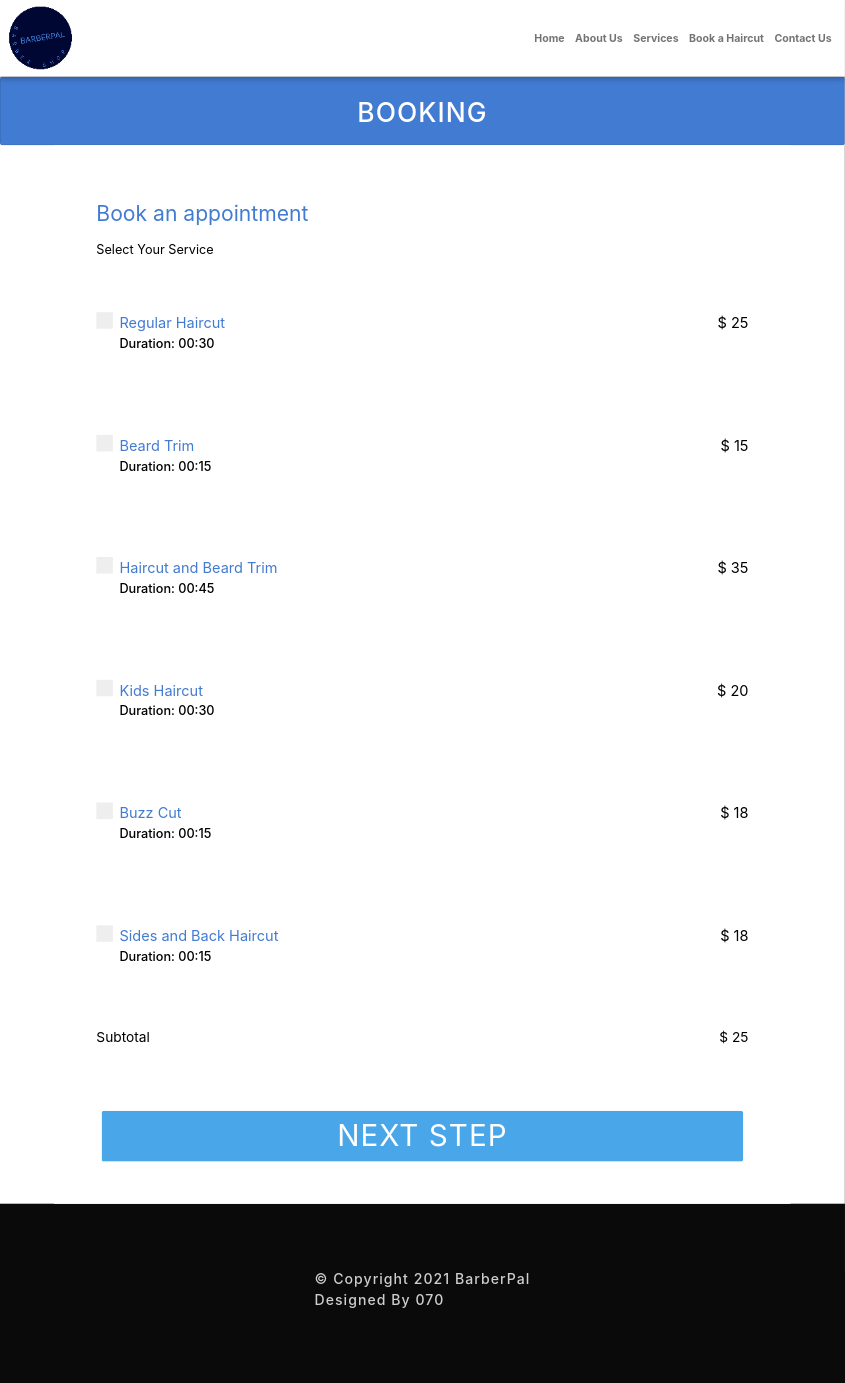
Repository: ofovweewere/haircutPal
Page: /services
These files come from the project's save history. The page is drawn as it stood at one moment and after the next save; the edit follows.
The browser window is 1280 px wide. The pictures show the whole page, at 66% of full size.
The project was rebuilt for these pictures with package versions that can differ from the ones it lists, and the page was loaded fresh each time. Also part of the build but not shown: src/tutorial/0-Practice/bookCut.js, src/tutorial/0-Practice/about.js, src/tutorial/0-Practice/servicesAndProducts.js, src/tutorial/0-Practice/contact.js, src/tutorial/0-Practice/landing.js, src/tutorial/0-Practice/error.js.

Above is the page before, as saved 2022-06-24 13:23:24.

### public/index.html
<!DOCTYPE html>
<html lang="en">
  <head>
    <meta charset="utf-8" />
    <link rel="icon" href="%PUBLIC_URL%/favicon.ico" />
    <meta name="viewport" content="width=device-width, initial-scale=1" />
    <meta name="theme-color" content="#000000" />
    <meta
      name="description"
      content="Web site created using create-react-app"
    />
    <link rel="apple-touch-icon" href="%PUBLIC_URL%/logo192.png" />
    <!--
      manifest.json provides metadata used when your web app is installed on a
      user's mobile device or desktop. See https://developers.google.com/web/fundamentals/web-app-manifest/
    -->
    <link rel="manifest" href="%PUBLIC_URL%/manifest.json" />
    <!--
      Notice the use of %PUBLIC_URL% in the tags above.
      It will be replaced with the URL of the `public` folder during the build.
      Only files inside the `public` folder can be referenced from the HTML.

      Unlike "/favicon.ico" or "favicon.ico", "%PUBLIC_URL%/favicon.ico" will
      work correctly both with client-side routing and a non-root public URL.
      Learn how to configure a non-root public URL by running `npm run build`.
    -->
    <title>React App</title>
  </head>
  <body class="Site">
    <noscript>You need to enable JavaScript to run this app.</noscript>
    <div id="root"></div>
    <!--
      This HTML file is a template.
      If you open it directly in the browser, you will see an empty page.

      You can add webfonts, meta tags, or analytics to this file.
      The build step will place the bundled scripts into the <body> tag.

      To begin the development, run `npm start` or `yarn start`.
      To create a production bundle, use `npm run build` or `yarn build`.
    -->
  </body>
</html>

### src/index.js
import React from 'react';
import ReactDOM from 'react-dom';

import App from './App';
// import '../node_modules/jquery/dist/jquery.min.js';
import '../node_modules/bootstrap/dist/css/bootstrap.min.css';
import '../node_modules/bootstrap/dist/js/bootstrap.min.js';
import '../node_modules/font-awesome/css/font-awesome.min.css';

import './index.css';
ReactDOM.render(
  <React.StrictMode>
    <App />
  </React.StrictMode>,
  document.getElementById('root')
);

### src/App.js
import React from 'react';
import Setup from './tutorial/0-Practice/index.js';
// import Setup from './tutorial/2-useEffect/final/3-useEffect-fetch-data.js';
function App() {
  return (
    <div >
      <Setup />
    </div>
  );
  }

export default App;

### src/index.css
/*
===============
Variables
===============
*/

:root {
  /* dark shades of primary color*/
  --clr-primary-1: hsl(205, 86%, 17%);
  --clr-primary-2: hsl(205, 77%, 27%);
  --clr-primary-3: hsl(205, 72%, 37%);
  --clr-primary-4: hsl(205, 63%, 48%);
  /* primary/main color */
  --clr-primary-5: hsl(205, 78%, 60%);
  /* lighter shades of primary color */
  --clr-primary-6: hsl(205, 89%, 70%);
  --clr-primary-7: hsl(205, 90%, 76%);
  --clr-primary-8: hsl(205, 86%, 81%);
  --clr-primary-9: hsl(205, 90%, 88%);
  --clr-primary-10: hsl(205, 100%, 96%);
  /* darkest grey - used for headings */
  --clr-grey-1: hsl(209, 61%, 16%);
  --clr-grey-2: hsl(211, 39%, 23%);
  --clr-grey-3: hsl(209, 34%, 30%);
  --clr-grey-4: hsl(209, 28%, 39%);
  /* grey used for paragraphs */
  --clr-grey-5: hsl(210, 22%, 49%);
  --clr-grey-6: hsl(209, 23%, 60%);
  --clr-grey-7: hsl(211, 27%, 70%);
  --clr-grey-8: hsl(210, 31%, 80%);
  --clr-grey-9: hsl(212, 33%, 89%);
  --clr-grey-10: hsl(210, 36%, 96%);
  --clr-white: #fff;
  --clr-red-dark: hsl(360, 67%, 44%);
  --clr-red-light: hsl(360, 71%, 66%);
  --clr-green-dark: hsl(125, 67%, 44%);
  --clr-green-light: hsl(125, 71%, 66%);
  --clr-black: #222;
  --transition: all 0.3s linear;
  --spacing: 0.1rem;
  --radius: 0.25rem;
  --light-shadow: 0 5px 15px rgba(0, 0, 0, 0.1);
  --dark-shadow: 0 5px 15px rgba(0, 0, 0, 0.4);
  --max-width: 1170px;
  --fixed-width: 450px;
  --clr-orange-1: hsl(12, 83%, 98%);
  --clr-orange-2: hsl(14, 91%, 95%);
  --clr-orange-3: hsl(12, 89%, 89%);
  --clr-orange-4: hsl(13, 87%, 82%);
  --clr-orange-5: hsl(13, 88%, 68%);
  --clr-orange-6: hsl(13, 88%, 55%);
  --clr-orange-7: hsl(13, 74%, 49%);
  --clr-orange-8: hsl(13, 74%, 33%);
  --clr-orange-9: hsl(13, 73%, 25%);
  --clr-orange-10: hsl(13, 73%, 16%);
}
/*
===============
Global Styles
===============
*/

*,
::after,
::before {
  margin: 0;
  padding: 0;
  box-sizing: border-box;
}
body {
  font-family: -apple-system, BlinkMacSystemFont, 'Segoe UI', Roboto, Oxygen,
    Ubuntu, Cantarell, 'Open Sans', 'Helvetica Neue', sans-serif;
  background: var(--clr-grey-10);
  color: var(--clr-grey-1);
  line-height: 1.5;
  font-size: 0.875rem;
}
.Site {
  display: flex;
  min-height: 100vh;
  flex-direction: column;
}
.Site-content {
  flex: 1;
}
.bold
{
  font-weight:bold;
}

.nav-link {
color:#427bd2 ;
font-weight: bold;
}
.breakSection
{
  color:#427bd2 ;
font-weight: normal;
width: 100%;
min-height:6.5rem;
background:#0a0a0a;
}


ul {
  list-style-type: none;
}
a {
  text-decoration: none;
}
h1,
h2,
h3,
h4,
.under,
.titleDescription {
  letter-spacing: var(--spacing);
  text-transform: capitalize;
  line-height: 1.25;
  margin-bottom: 0.75rem;
}
h1 {
  font-size: 3rem;
}
h2,.titleDescription {
  font-size: 2rem;
}

.under
{
  margin-top:2rem;
}
.under, .title, .contact {
  font-size: 1.5rem;
}

 .smallText {
    font-size: 1rem;
  }

  .smallTextTwo {
    font-size: 1.1rem;
  }

h3 {
  font-size: 1.25rem;
},
.h3 {
    font-size: 1.0rem;
  },
h4 {
  font-size: 0.875rem;
}
p {
  margin-bottom: 1.25rem;
  color: var(--clr-grey-5);
}



  /* @media screen and (max-width: 767px) {
    #navbarSupportedContent
        {
            position: fixed !important;
            right: 5rem;
            left: 5rem;
            top:7.3rem;
            background-color: #fff !important;
            border-color: #427bd2 transparent transparent transparent;
            border-style:solid;
        }



  }       */

/* The containers */
.containers {
  display: block;
  position: relative;
  padding-left: 2.188rem;
  margin-bottom: 0.75rem;
  cursor: pointer;
  font-size: 1.375rem;
  -webkit-user-select: none;
  -moz-user-select: none;
  -ms-user-select: none;
  user-select: none;
}

/* Hide the browser's default checkbox */
.containers input {
  position: absolute;
  opacity: 0;
  cursor: pointer;
  height: 0;
  width: 0;
}

/* Create a custom checkbox */
.checkmark {
  position: absolute;
  top: 0;
  left: 0;
  height: 1.563rem;
  width: 1.563rem;
  background-color: #eee;
}

/* On mouse-over, add a grey background color */
.containers:hover input ~ .checkmark {
   /* background-color: #ccc; */
}

/* When the checkbox is checked, add a blue background */
.containers input:checked ~ .checkmark {
   background-color: #2196F3;
}

/* Create the checkmark/indicator (hidden when not checked) */
.checkmark:after {
  content: "";
  position: absolute;
  display: none;
  box-sizing: content-box !important;
}

/* Show the checkmark when checked */
.containers input:checked ~ .checkmark:after {
  display: block;
  box-sizing: content-box !important;
}

/* Style the checkmark/indicator */
.containers .checkmark:after {
  left: 0.563rem;
  top:0.313rem;
  width:0.313rem;
  height: 0.625rem;
  border: solid white;
  border-width: 0 0.188rem 0.188rem 0;
  -webkit-transform: rotate(45deg);
  -ms-transform: rotate(45deg);
  transform: rotate(45deg);
  box-sizing: content-box !important;
}

.hovering div:hover
{
  background:#f3f8fc;
}
@media screen and (min-width: 800px) {
  .about{
    display:flex;
  }
  .haircuts, .haircutsCombo
{
  display:grid;
}
  h1 {
    font-size: 4rem;
  }
  h2,.titleDescription {
    font-size: 2.5rem;
  }

   .under,.title, .contact {
    font-size: 2rem;
  }

   .smallText {
    font-size: 1.2rem;
  }

   .smallTextTwo {
    font-size: 1.3rem;
  }

  h3 {
    font-size: 1.33rem;
  },
  .h3 {
    font-size: 1.0rem;
  },
  h4 {
    font-size: 1rem;
  }
  body {
    font-size: 1rem;
  }
  h1,
  h2,
  h3,
  h4,
  .under,.title, .titleDescription{
    line-height: 1;
  }
}
/*  global classes */

/* section */
.section,
/* .container {
  width: 90vw;
  margin: 0 auto;
  max-width: var(--max-width);
} */

@media screen and (min-width: 992px) {
  .about{
    display:flex;
  }
  .haircuts,.haircutsCombo
{
  display:grid;
}
  .section {
    width: 95vw;
  }
}

/* .container {
  text-align: center;
  margin-top: 0;
} */
.btn {
  display: inline-block;
  background: var(--clr-primary-5);
  color: var(--clr-white);
  padding: 0.25rem 0.75rem;
  border-radius: var(--radius);
  border-color: transparent;
  text-transform: capitalize;
  font-size: 1rem;
  letter-spacing: var(--spacing);
  margin-top: 2rem;
  margin-left: 0.5rem;
  margin-right: 0.5rem;
  cursor: pointer;
  transition: var(--transition);
}
.btn:hover {
  background: var(--clr-primary-1);
  color: var(--clr-primary-5);
}
.item {
  background: var(--clr-white);
  display: flex;
  justify-content: space-between;
  max-width: var(--fixed-width);
  margin: 2rem auto;
  align-items: center;
  border-radius: var(--radius);
}
.item button,
.item a {
  background: transparent;
  border-color: transparent;
  color: var(--clr-primary-5);
  letter-spacing: var(--spacing);
  cursor: pointer;
}
.item {
  padding: 1rem 2rem;
}
.item h4 {
  margin-bottom: 0;
}
.item p {
  margin-bottom: 0;
}
.modal {
  position: absolute;
  top: 2rem;
  left: 50%;
  transform: translateX(-50%);
  background: var(--clr-white);
  display: inline-block;
  padding: 0.25rem 1rem;
  border-radius: var(--radius);
  text-transform: capitalize;
}

.modal p {
  margin-bottom: 0;
  color: var(--clr-red-dark);
}
.form {
  background: var(--clr-white);
  max-width: var(--fixed-width);
  margin: 0 auto;
  margin-bottom: 4rem;
  padding: 1rem 2rem;
  border-radius: var(--radius);
}
.form input {
  background: var(--clr-grey-10);
  border-color: transparent;
  border-radius: var(--radius);
  padding: 0.25rem 0.5rem;
}
.form-control {
  margin: 0.5rem 0;
  display: grid;
  grid-template-columns: 100px 1fr;
  align-items: center;
}
.form button {
  display: inline-block;
  background: var(--clr-black);
  color: var(--clr-white);
  border-color: transparent;
  margin-top: 1rem;
  letter-spacing: var(--spacing);
  padding: 0.15rem 0.25rem;
  text-transform: capitalize;
  border-radius: var(--radius);
  cursor: pointer;
}
.nav-links {
  max-width: var(--fixed-width);
  margin: 0 auto;
  margin-bottom: 4rem;
  display: grid;
  grid-template-columns: repeat(3, 1fr);
}




.haircutsCombo {



  grid-template-columns: repeat(2, minmax(0, 1fr));
   gap: 2rem;
  margin: 1rem 1rem 1rem 2rem;
}

.haircutsCombo > p {
  border: 5px solid #427bd2;
  overflow-wrap: break-word;
}

.haircuts {



  grid-template-columns: repeat(3, minmax(0, 1fr));
   gap: 2rem;
  margin: 1rem 1rem 1rem 2rem;
}

.haircuts > p {
  border: 5px solid #427bd2;
  overflow-wrap: break-word;
}

.title
{
  font-weight: normal;
  color: #fff;
  background:#427bd2;
  padding: 1rem;
  text-align: center;
}

.contact > div
{
  font-weight: normal;


  padding: 2rem;

}


td
{
  vertical-align:top;

}
.table
{
  color: white;
}
table {
  border-collapse: separate;
  border-spacing: 1rem 1rem ;
}
.titleDescription
{
  display: flex;
  align-items: center;
  justify-content: center;
  color:#333;
  padding:2rem;
font-weight: bold;


}

.nav-links a {
  color: var(--clr-grey-5);
}
.users {
  display: grid;
  grid-template-columns: repeat(auto-fit, minmax(300px, 1fr));
  gap: 2rem;
  margin: 3rem auto;
}
.users li {
  width: 100%;
  display: flex;
  align-items: center;
  background: var(--clr-white);
  padding: 1rem 2rem;
  border-radius: var(--radius);
  text-align: left;
}
.users img {
  width: 50px;
  height: 50px;
  border-radius: 50%;
  margin-right: 1rem;
}
.users h4 {
  margin-bottom: 0.15rem;
}
.users a {
  color: var(--clr-grey-5);
  text-transform: capitalize;
}

.products {
  margin: 4rem 0;
  display: grid;
  gap: 2rem;
}
@media screen and (min-width: 576px) {
  .products {
    grid-template-columns: repeat(auto-fit, minmax(300px, 1fr));
  }
}
.product {
  background: var(--clr-white);
  border-radius: var(--radius);
}
.product img {
  border-top-left-radius: var(--radius);
  border-top-right-radius: var(--radius);

  width: 100%;
  height: 15rem;
  object-fit: cover;
}
.product h4 {
  margin-top: 1rem;
}

.product button {
  margin-bottom: 1rem;
  background: var(--clr-primary-5);
  border-radius: var(--radius);
  border-color: transparent;
  color: var(--clr-white);
  padding: 0.25rem 0.5rem;
  text-transform: capitalize;
  cursor: pointer;
}

### src/tutorial/0-Practice/index.js
import React, { useState, useEffect } from 'react';

import Header from './header.js';
import Footer from './footer.js';
import Landing from './landing.js';
import Booking from './booking.js';
import Error from './error.js';
// react router
import { BrowserRouter as Router, Route, Switch } from 'react-router-dom';
const UseEffectFetchData = () => {

  return (
    <body className="Site" style={{backgroundColor:'black'}}>

      <Router>
      <Header />
       <main class="Site-content" >
      <Switch>
        <Route exact path='/'>
          <Landing/>
        </Route>
        <Route exact path='/landing'>
          <Landing/>
        </Route>
        <Route path='/services'>
         <Booking/>
        </Route>

        <Route path='*'>
          <Error />
        </Route>
      </Switch>
       </main>
       <Footer />
    </Router>




    </body>
  );
};

export default UseEffectFetchData;

### src/tutorial/0-Practice/footer.js
import React, { useState, useEffect } from 'react';
import companyLogo from '../../assets/logo.png';

const Footer = () => {

  return (
    <>
      <nav  style={{ backgroundColor: '#0a0a0a', display: 'flex',minHeight: '17rem',justifyContent: 'center', alignItems:'end' }}>
        <div class="container-fluid" style={{ color: '#cecece', alignSelf:'center', width:'auto'  }}>
          <h3 >&copy; Copyright 2021 BarberPal </h3>

          <div>
            <h3  > Designed by 070</h3>
          </div>
        </div>
      </nav>
    </>
  );
};

export default Footer;

### src/tutorial/0-Practice/booking.js
import React from 'react';
import BreakSection from './breakSection.js';
import DummyHeader from './dummyHeader.js';
import Heading from './heading.js';
import CheckboxOption from './checkboxOption.js';
import Footing from './footing.js';
import BlueButton from './blueButton.js';
const Booking = () => {


  return (
    <div style={{ background: '#fff' }}>
      <BreakSection title="BOOKING" ID="booking" background="#427bd2" color="#fff" />
      <div class="container">
        <div>
         <Heading title='Book an appointment' description='Select Your Service'/>
         <CheckboxOption title='Regular Haircut' description='00:30' cost='25'/>
         <CheckboxOption title='Beard Trim' description='00:15' cost='15'/>
         <CheckboxOption title='Haircut and Beard Trim' description='00:45' cost='35'/>
         <CheckboxOption title='Kids Haircut' description='00:30' cost='20'/>
         <CheckboxOption title='Buzz Cut' description='00:15' cost='18'/>
         <CheckboxOption title='Sides and Back Haircut' description='00:15' cost='18'/>
         <Footing title='Subtotal' description='25'/>
        </div>

        <div>
          <BlueButton title='NEXT STEP'/>
        </div>
      </div>
    </div>
  );
};

export default Booking;

### src/tutorial/0-Practice/breakSection.js
import React, { useState, useEffect } from 'react';

const BreakSection = ({ title, ID, background, color }) => {
  const [elementClass, setClass] = useState(
    window.innerWidth < 992
      ? '0px'
      : '100px'
  );
  const checkSize = () => {
    if (window.innerWidth < 992) {
      setClass('0px');
    } else {
      setClass('100px');
    }
  };
  useEffect(() => {

    window.addEventListener('resize', checkSize);
    return () => {
      window.removeEventListener('resize', checkSize);
    };
  }, []);
  return (
    <>
      <div className="card breakSection" id={ID} style={{ scrollMarginTop: elementClass, background:background, color:color }}>
        <div
          class="card-body"
          style={{ display: 'flex', alignItems: 'end', justifyContent: 'center' }}
        >
          <h2>{title}</h2>
        </div>
      </div>
    </>
  );
};

export default BreakSection;

### src/tutorial/0-Practice/heading.js
import React from 'react';

const Heading = ({title, description}) => {


  return (
    <>
      <div
          className="card"
          style={{
            color: 'var(--clr-white)',
            width: '100%',
            minHeight: '10rem',
            background: 'var(--clr-primary-5)',
            border: 'transparent'
          }}
        >
          <div
            class="card-body contact "
            style={{
              display: 'flex',
              alignItems: 'left',
              justifyContent: 'left',
              flexGrow: '1',
              flexDirection: 'column',
              background:'#fff',
              paddingBottom:'0'
            }}
          >
            <div className="whiteParagraph" style={{paddingBottom:'0'}}>
              <table className="whiteParagraphTab">
                <thead>
                  <tr>
                    <th></th>

                  </tr>
                </thead>
                <tbody>
                  <tr style={{color:'#427bd2',fontWeight:'normal'}}>

                    <td>{title}</td>
                  </tr>

                  <tr class='smallText'style={{color:'black', fontWeight:'normal'}}>

                    <td>
                     {description}
                    </td>
                  </tr>



                </tbody>
              </table>
            </div>
          </div>
        </div>
    </>
  );
};

export default Heading;

### src/tutorial/0-Practice/footing.js
import React from 'react';

const Footing = ({title, description}) => {


  return (
    <>
      <div
        className="card"
        style={{
          color: 'var(--clr-white)',
          width: '100%',

          background: 'var(--clr-primary-5)',
          border: 'transparent',
        }}
      >
        <div
          class="card-body contact "
          style={{
            display: 'flex',
            alignItems: 'left',
            justifyContent: 'left',
            flexGrow: '1',
            flexDirection: 'column',
            background: '#fff',
            paddingTop: '0',
          }}
        >
          <div className="whiteParagraph" style={{ paddingTop: '0', marginBottom:'0' }}>
            <table className="whiteParagraphTab" style={{ width: '100%' }}>
              <thead>
                <tr>
                  <th></th>
                </tr>
              </thead>
              <tbody>
                <tr class="smallTextTwo" style={{ color: 'black', fontWeight: 'normal' }}>
                  <td>
                    <span style={{ display: 'flex' }}>
                      <span style={{ flexGrow: '1' }}>{title}</span>
                      <span style={{ color: 'black' }}>$ {description}</span>
                    </span>
                  </td>
                </tr>
              </tbody>
            </table>
          </div>
        </div>
      </div>
    </>
  );
};

export default Footing;

### src/tutorial/0-Practice/blueButton.js
import React from 'react';

const BlueButton = ({title, description}) => {


  return (
    <>
      <div
        className="card"
        style={{
          color: 'var(--clr-white)',
          width: '100%',
          minHeight: '10rem',
          background: 'var(--clr-primary-5)',
          border: 'transparent',
        }}
      >
        <div
          class="card-body contact "
          style={{
            display: 'flex',
            alignItems: 'left',
            justifyContent: 'left',
            flexGrow: '1',
            flexDirection: 'column',
            background: '#fff',
            paddingTop: '0',
          }}
        >
          <div className="whiteParagraph" style={{ paddingTop: '0' }}>
            <table className="whiteParagraphTab" style={{ width: '100%',  }}>
              <thead>
                <tr>
                  <th></th>
                </tr>
              </thead>
              <tbody>
                <tr class="smallTextTwo" style={{ color: 'black', fontWeight: 'normal' }}>
                  <td style={{display:'flex'}}>
                     <button className="btn" style={{ fontSize: '2.8rem', flexGrow: '1', marginTop:'0' }}>
                       {title}
                    </button>
                  </td>
                </tr>
              </tbody>
            </table>
          </div>
        </div>
      </div>
    </>
  );
};

export default BlueButton;

Loaded but not shown: src/tutorial/0-Practice/header.js (115 lines, source omitted); src/tutorial/0-Practice/dummyHeader.js (107 lines, source omitted); src/tutorial/0-Practice/checkboxOption.js (90 lines, source omitted)

After the next save:
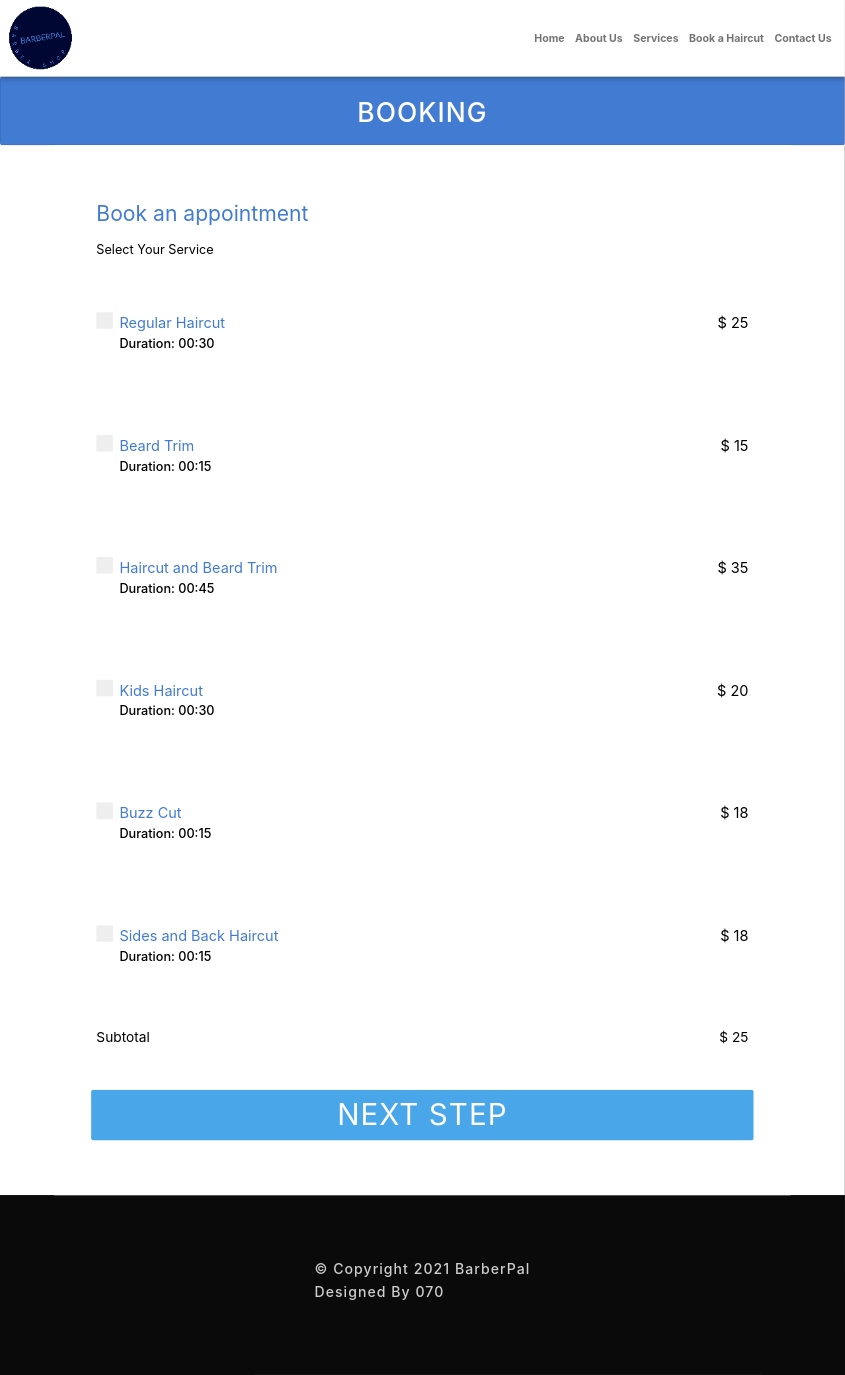
Saved 19 s later.
--- a/src/tutorial/0-Practice/blueButton.js
+++ b/src/tutorial/0-Practice/blueButton.js
@@ -28,7 +28,7 @@ const BlueButton = ({title, description}) => {
           }}
         >
           <div className="whiteParagraph" style={{ paddingTop: '0' }}>
-            <table className="whiteParagraphTab" style={{ width: '100%',  }}>
+            <table className="whiteParagraphTab" style={{ width: '100%', borderCollapse:'collapse'  }}>
               <thead>
                 <tr>
                   <th></th>
